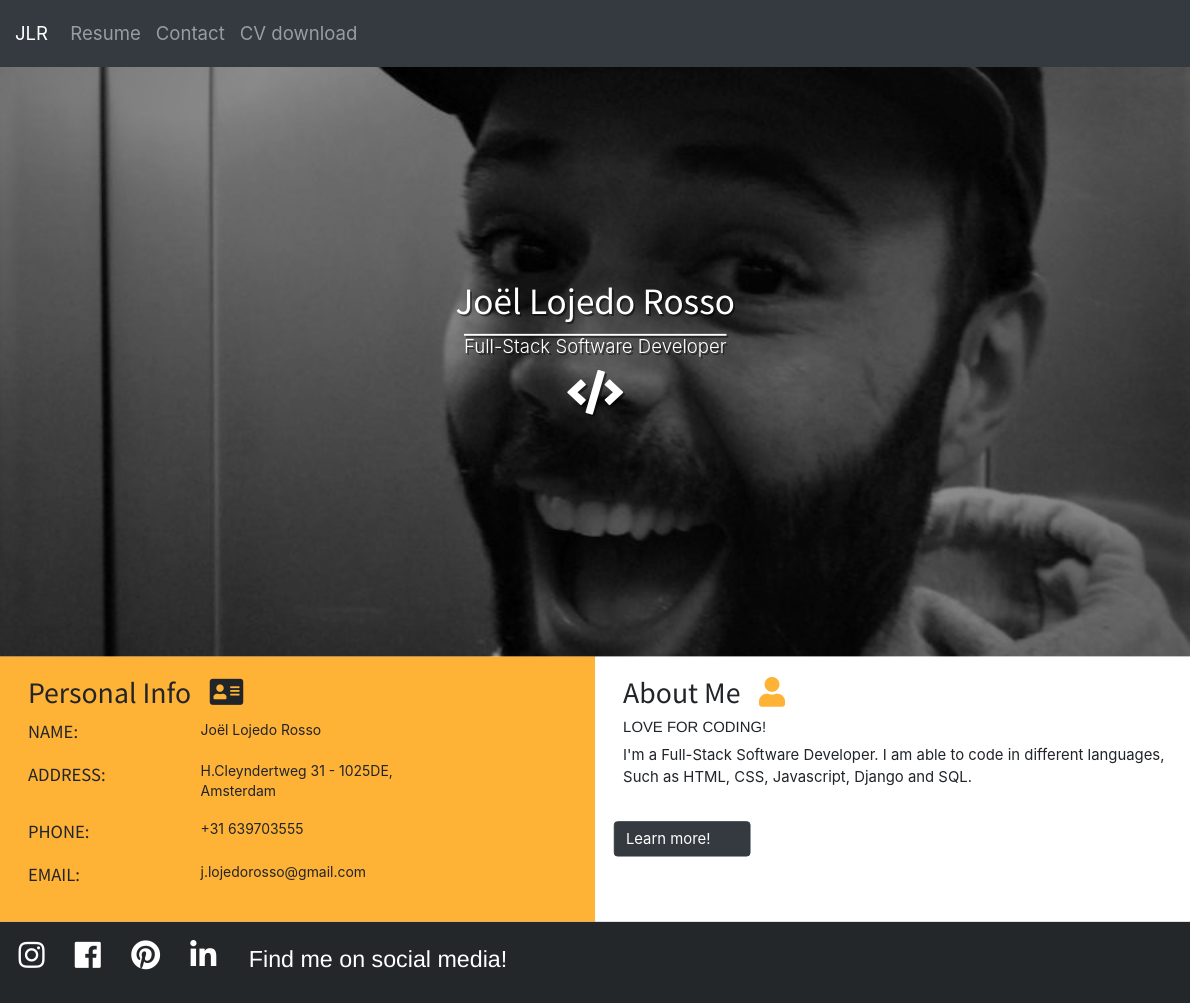
Repository: Kawaiisaki/Portfolio-site
Page: index.html
The author's editor kept a record of every edit. The page is drawn from the files as they stood at one moment, then again after the next edit.
The browser window is 1280 px wide. The pictures show the whole page, at 93% of full size.
Backgrounds fixed to the window are drawn as part of the page. Some web libraries are served in a nearby version.

Above is the page before.

After the next edit:
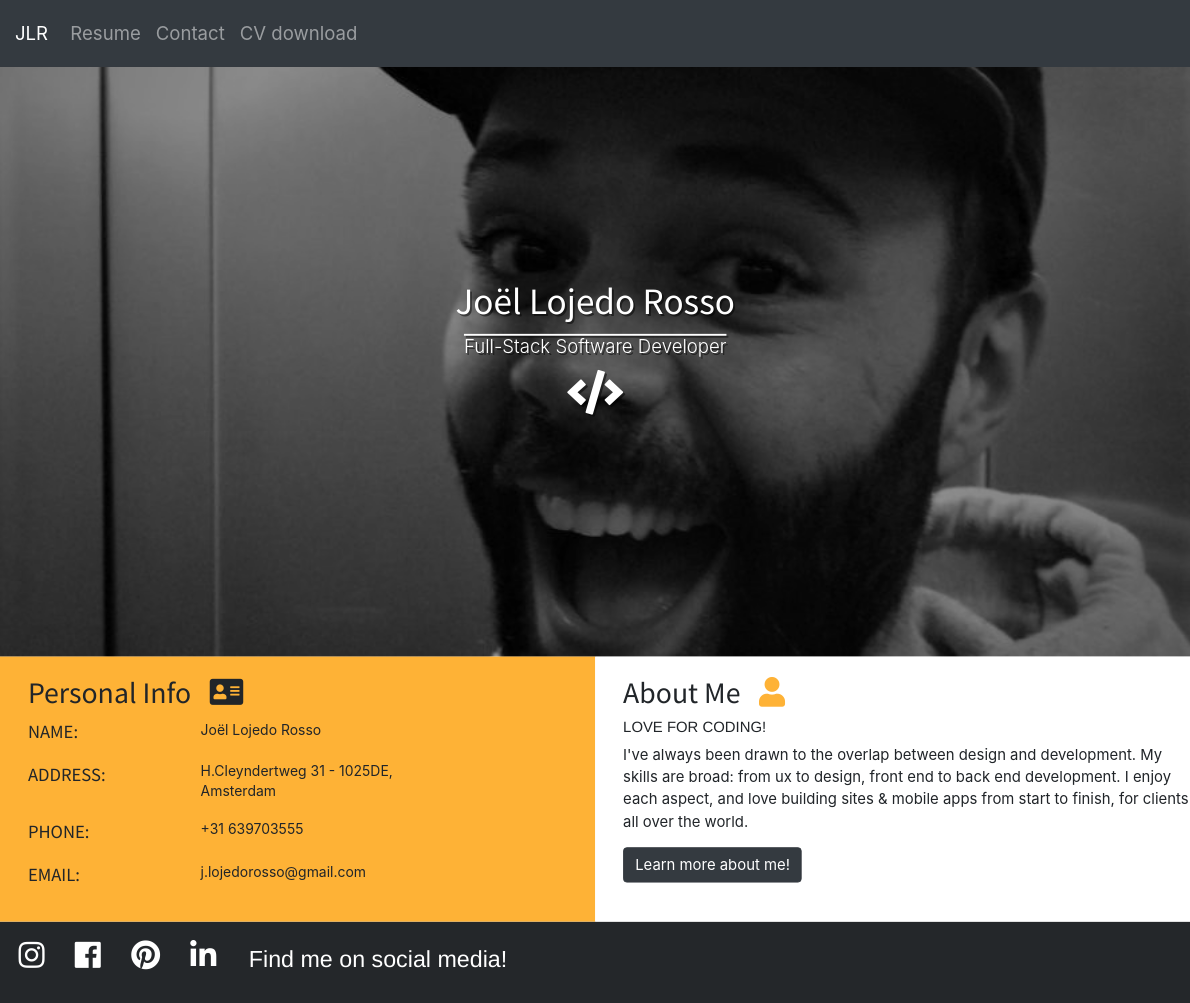
The edit:
--- a/index.html
+++ b/index.html
@@ -82,8 +82,8 @@
                 <div class="col introduction">
                     <h2 class="about-me">About Me<i class="fas fa-user"></i></h2>
                     <h6 class="subtitle uppercase"> Love for coding!</h6>
-                    <p>I'm a Full-Stack Software Developer. I am able to code in different languages, Such as HTML, CSS, Javascript, Django and SQL.</p>
-                    <button type="button" class="btn btn-dark">Learn more!<a href="#"></a></button>
+                    <p>I've always been drawn to the overlap between design and development. My skills are broad: from ux to design, front end to back end development. I enjoy each aspect, and love building sites & mobile apps from start to finish, for clients all over the world.</p>
+                    <a class="btn btn-dark" href="about.html" role="button">Learn more about me!</a>
                 </div>
             </div>
         </div>
